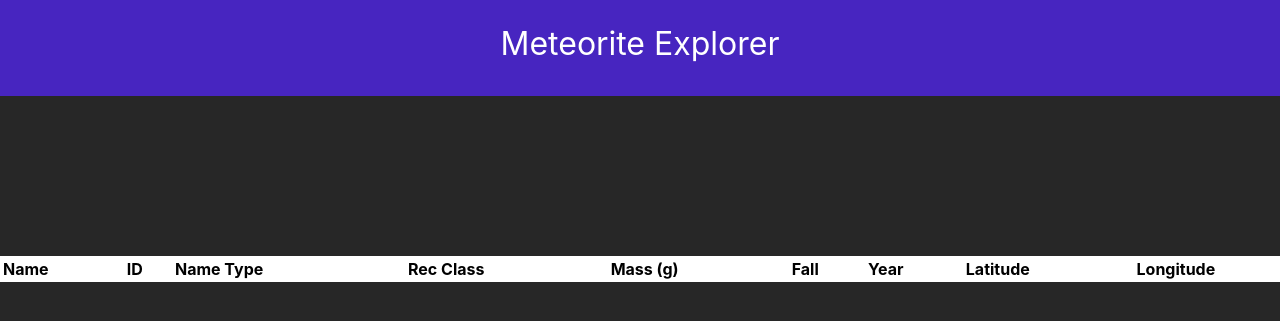
Repository: Tsardines/meteorite-explorer
Page: / (app in meteorite-explorer/)
The author's editor kept a copy of each file at every save. The page is drawn from the files as they stood at one save, then again after the next save.
The browser window is 1280 px wide. The pictures show the whole page.
The page's requests for data from a server got no answer. The project was rebuilt for these pictures with package versions that can differ from the ones it lists, and the page was loaded fresh each time. No one was signed in, and anything a server would have sent is missing.

Above is the page before, as saved 2019-05-27 16:44:00.

After the next save:
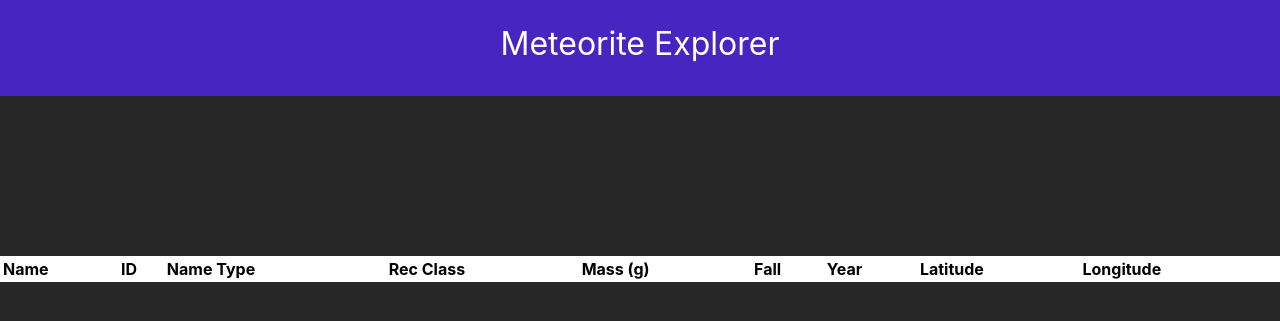
Saved 4 s later.
--- a/meteorite-explorer/src/App.css
+++ b/meteorite-explorer/src/App.css
@@ -20,7 +20,7 @@ body {
 .my-table {
   background-color: white;
   margin: 10rem auto;
-  width: 105%;
+  width: 100%;
 }
 
 .my-table tr:nth-child(odd):hover {
